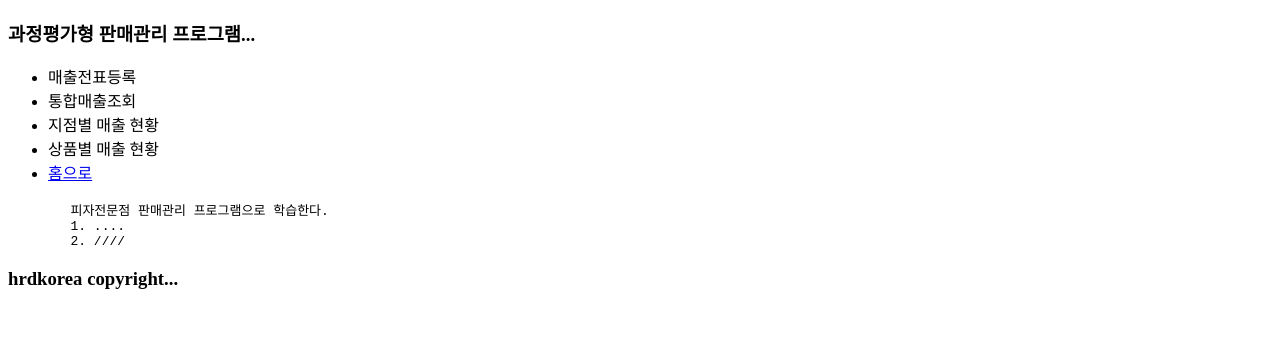
Repository: young1143/center3
Page: http://localhost/center/
An editor plug-in stored every save of this project. The page is shown before and after the next save, followed by the edit.
The browser window is 1280 px wide. The pictures show the whole page.
The page is served by Tomcat 9.

Above is the page before, as saved 2020-12-10 02:56:54.

After the next save:
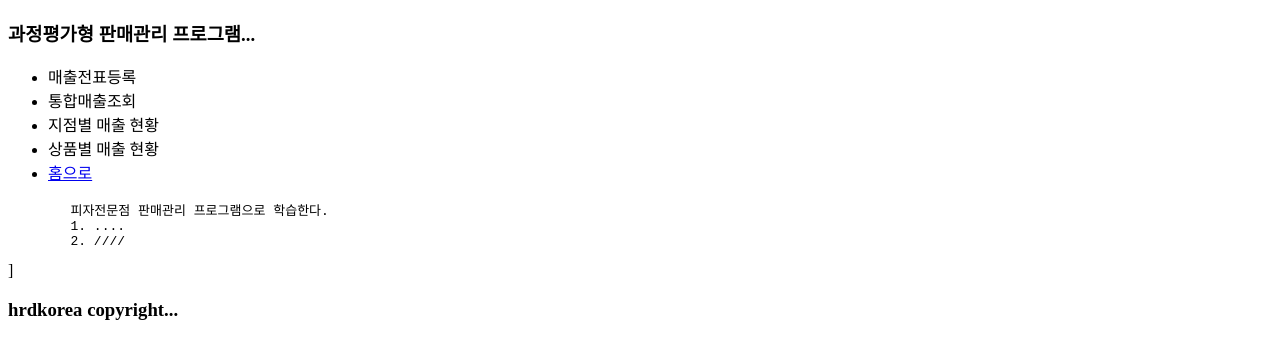
Saved 28 s later.
--- a/center/WebContent/static/footer.jsp
+++ b/center/WebContent/static/footer.jsp
@@ -1,3 +1,5 @@
 <%@ page language="java" contentType="text/html; charset=EUC-KR"
-    pageEncoding="EUC-KR"%>
-	<h3>hrdkorea copyright...</h3>
+    pageEncoding="EUC-KR"%>]
+    <footer>
+    	<h3>hrdkorea copyright...</h3>
+    </footer>
